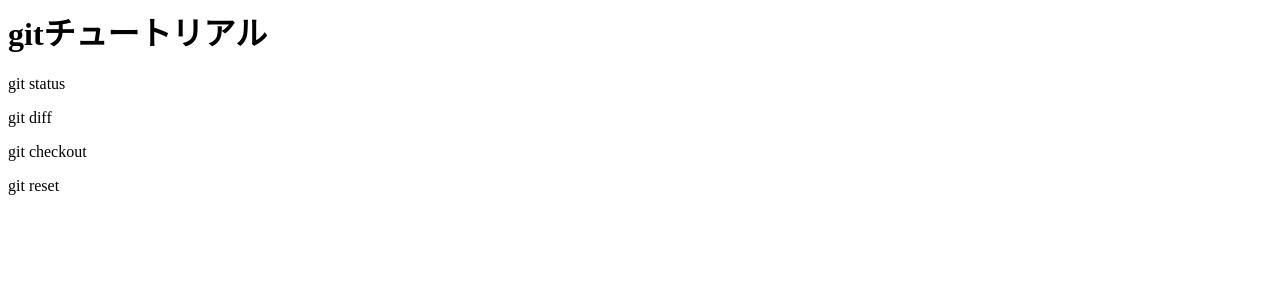
Repository: ppmp556/git_tutorial
Page: index.html
These files come from the project's save history. The page is drawn as it stood at one moment and after the next save; the edit follows.
The browser window is 1280 px wide. The pictures show the whole page.

Above is the page before, as saved 2020-12-08 09:45:26.

After the next save:
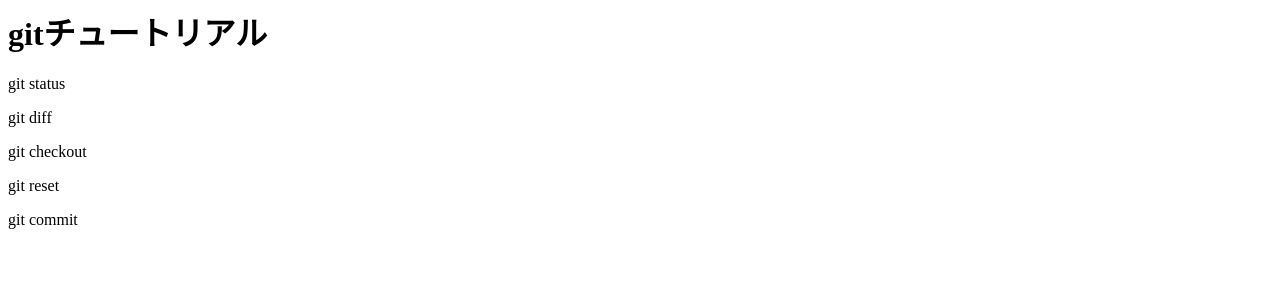
Saved 8 min 25 s later.
--- a/index.html
+++ b/index.html
@@ -6,3 +6,5 @@
 
 
 <p>git reset</p>
+
+<p>git commit</p>
